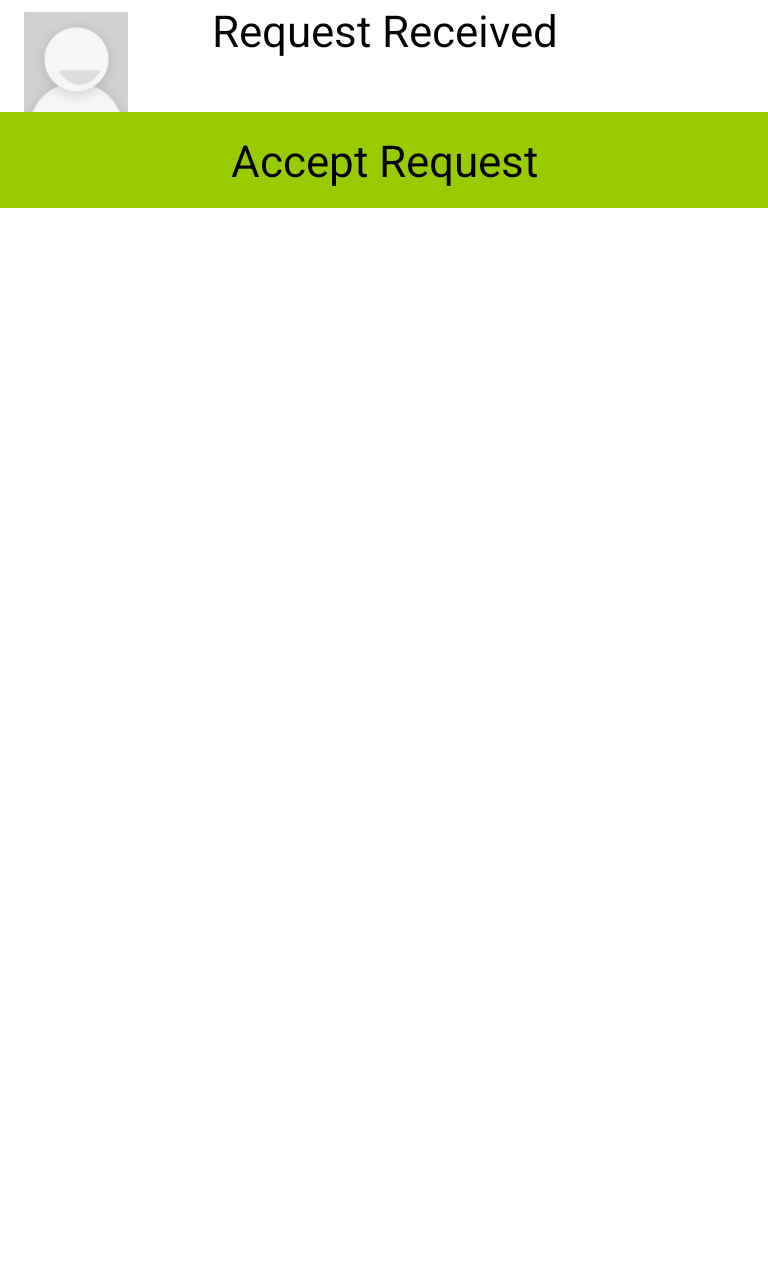
Repository: srivast6/SafeWalk
Layout: android/SafeWalk/res/layout/tryout.xml
An editor plug-in stored every save of this project. The layout is shown before and after the next save, followed by the edit.
It is drawn on a 768 x 1280 px phone screen (xhdpi) without system bars, with theme android:Theme.Holo.Light; the app's code is not run.

Above is the layout before, as saved 2013-11-20 16:17:11.

After the next save:
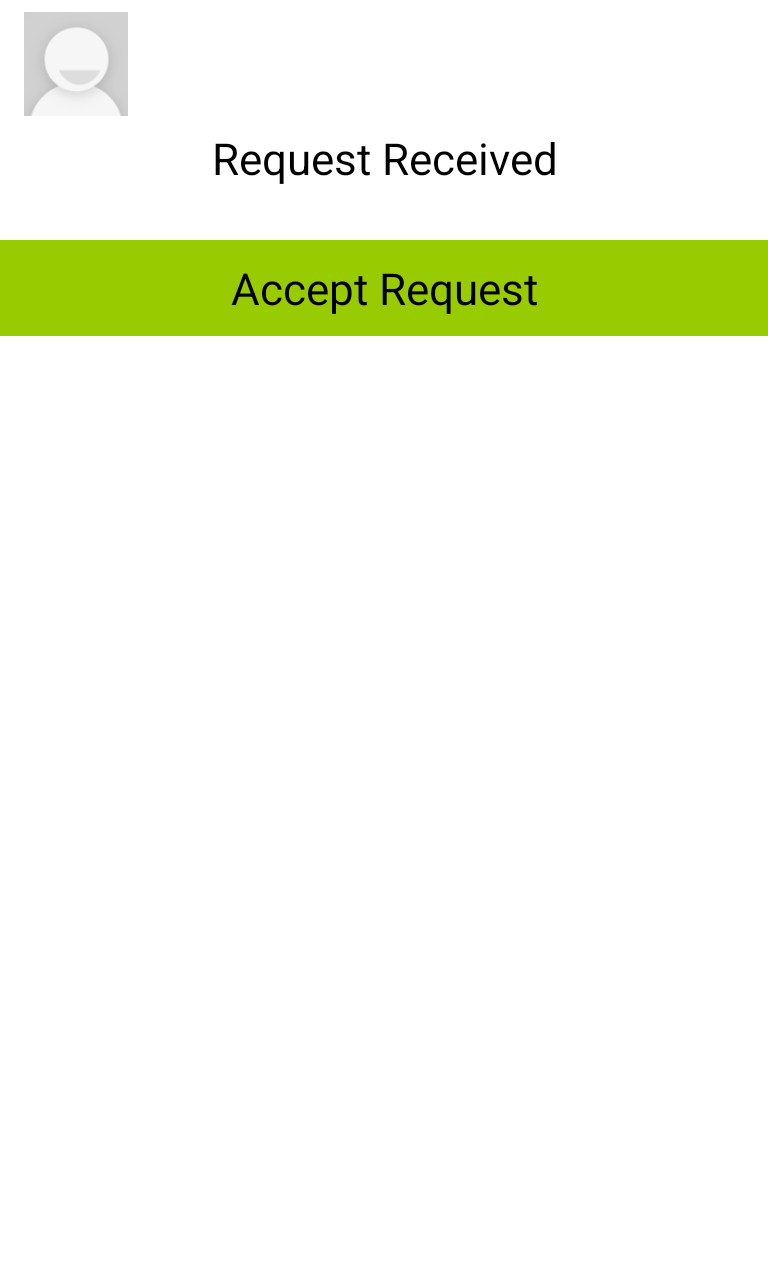
Saved 18 s later.
--- a/android/SafeWalk/res/layout/tryout.xml
+++ b/android/SafeWalk/res/layout/tryout.xml
@@ -23,7 +23,8 @@
         android:layout_height="wrap_content"
         android:layout_alignParentLeft="true"
         android:layout_alignParentRight="true"
-        android:orientation="vertical" >
+        android:orientation="vertical"
+        android:layout_below="@id/rltveLayout1" >
 
         <TextView
             android:id="@+id/tV_RqstResvd"
